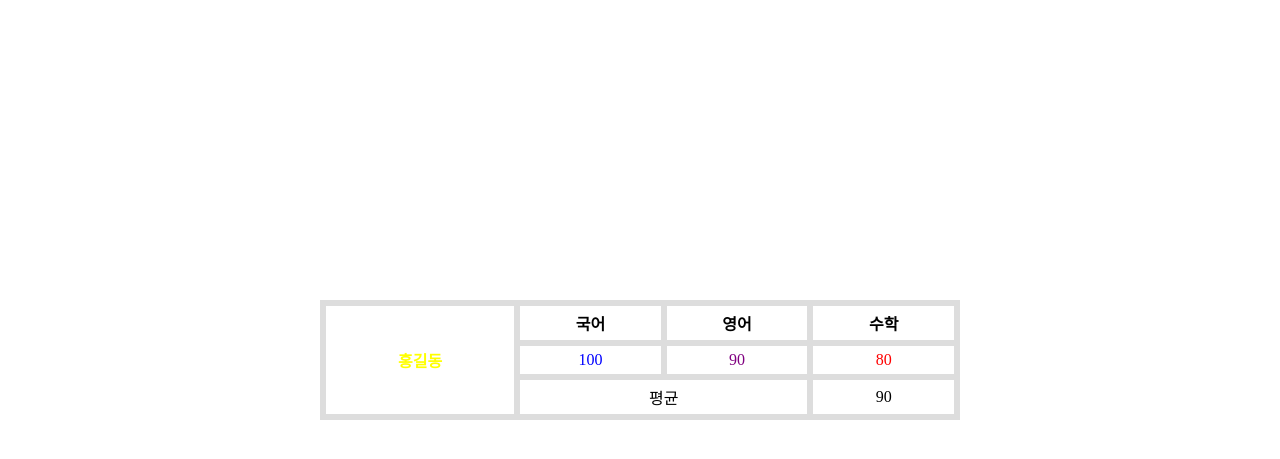
Repository: tjdwlsaos22/TJ_JSP
Page: jsp/HTML/src/main/webapp/Lec04.html
An editor plug-in stored every save of this project. The page is shown before and after the next save, followed by the edit.
The browser window is 1280 px wide. The pictures show the whole page.

Above is the page before, as saved 2024-01-17 04:11:27.

After the next save:
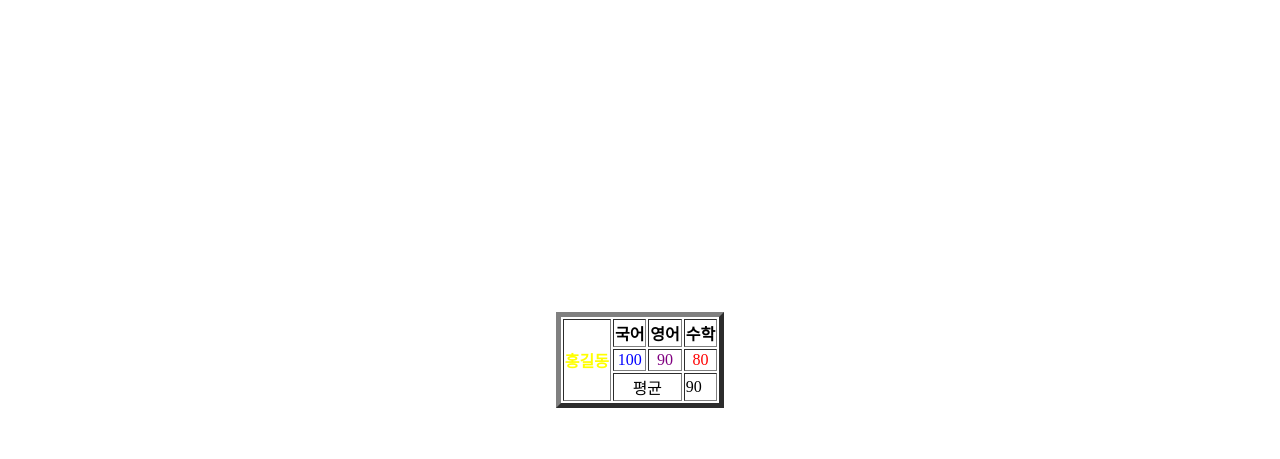
Saved 17 s later.
--- a/jsp/HTML/src/main/webapp/Lec04.html
+++ b/jsp/HTML/src/main/webapp/Lec04.html
@@ -14,16 +14,7 @@
       	margin: 0;
     	}
 
-    	table {
-      	border-collapse: collapse;
-      	width: 50%; /* 테이블의 너비를 조절할 수 있습니다. */
-    	}
 
-    	th, td {
-     	border: 6px solid #ddd;
-      	padding: 5px;
-     	text-align: center ;
-    }
   </style>
 	</head>
 	<body>
